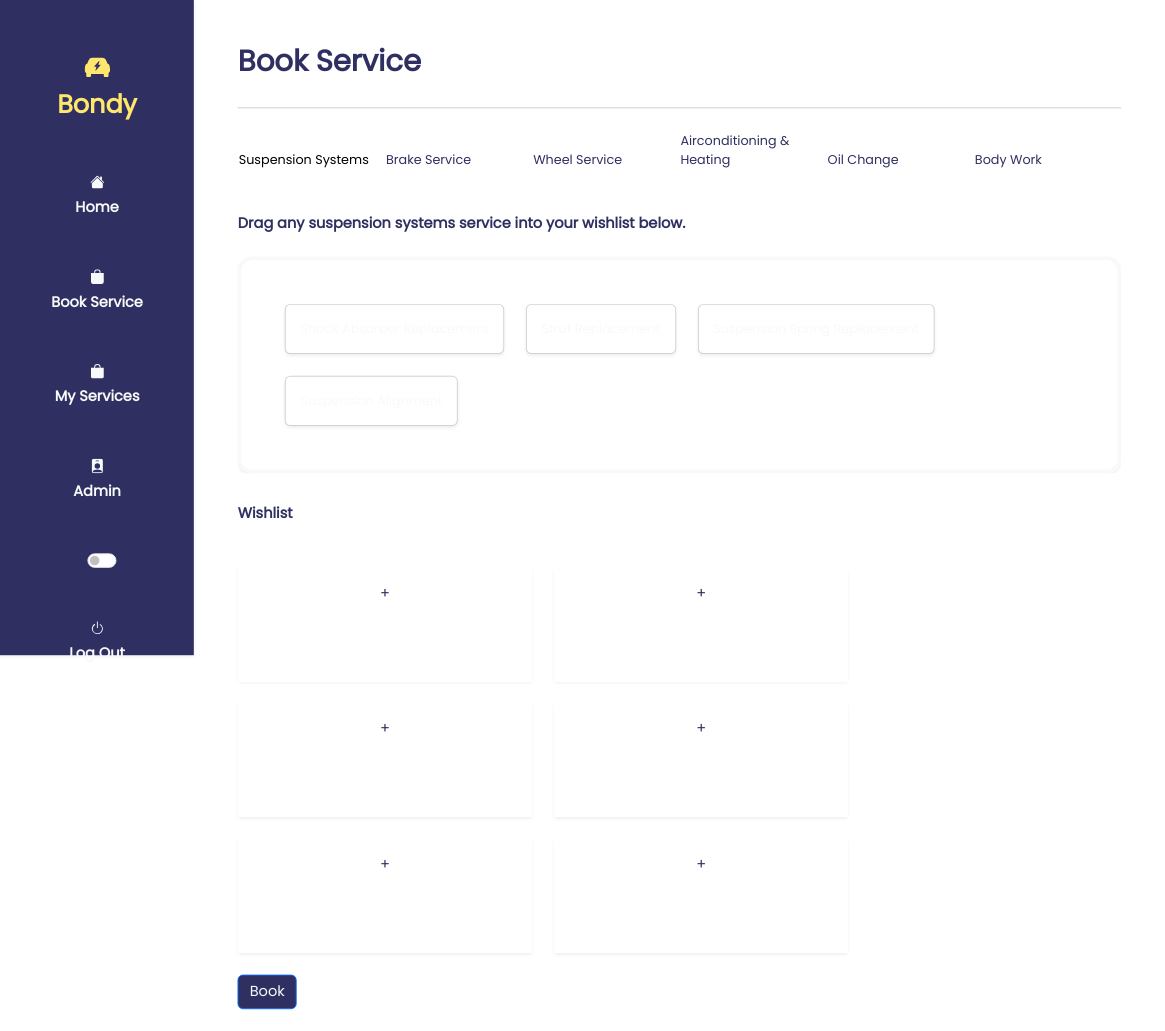
Repository: duzzisantos/bondy
Page: /book-service
These files come from the project's save history. The page is drawn as it stood at one moment and after the next save; the edit follows.
The browser window is 1280 px wide. The pictures show the whole page, at 91% of full size.
Some web libraries are served in a nearby version. The project was rebuilt for these pictures with package versions that can differ from the ones it lists, and the page was loaded fresh each time. Also part of the build but not shown: src/components/Home/LandingPage.scss, src/components/Home/LandingPageScrollContainer.tsx, src/components/Home/TrendingServices.tsx, src/views/LandingPage.tsx, src/components/Services/ServiceTemplate.tsx, src/views/Services.tsx.

Above is the page before, as saved 2023-06-28 23:43:21.

### public/index.html
<!DOCTYPE html>
<html lang="en">
  <head>
    <meta charset="utf-8" />
    <link rel="icon" href="%PUBLIC_URL%/favicon.ico" />
    <meta name="viewport" content="width=device-width, initial-scale=1" />
    <meta name="theme-color" content="#000000" />
    <meta
      name="description"
      content="Web site created using create-react-app"
    />
    <link rel="apple-touch-icon" href="%PUBLIC_URL%/logo192.png" />
    <!-- Option 1: Include in HTML -->
    <link
      rel="stylesheet"
      href="https://cdn.jsdelivr.net/npm/bootstrap-icons@1.3.0/font/bootstrap-icons.css"
    />
    <link rel="preconnect" href="https://fonts.googleapis.com" />
    <link rel="preconnect" href="https://fonts.gstatic.com" crossorigin />
    <!--
      manifest.json provides metadata used when your web app is installed on a
      user's mobile device or desktop. See https://developers.google.com/web/fundamentals/web-app-manifest/
    -->
    <link rel="manifest" href="%PUBLIC_URL%/manifest.json" />
    <!--
      Notice the use of %PUBLIC_URL% in the tags above.
      It will be replaced with the URL of the `public` folder during the build.
      Only files inside the `public` folder can be referenced from the HTML.

      Unlike "/favicon.ico" or "favicon.ico", "%PUBLIC_URL%/favicon.ico" will
      work correctly both with client-side routing and a non-root public URL.
      Learn how to configure a non-root public URL by running `npm run build`.
    -->
    <title>Bondy</title>
  </head>
  <body>
    <noscript>You need to enable JavaScript to run this app.</noscript>
    <div id="root"></div>
    <!--
      This HTML file is a template.
      If you open it directly in the browser, you will see an empty page.

      You can add webfonts, meta tags, or analytics to this file.
      The build step will place the bundled scripts into the <body> tag.

      To begin the development, run `npm start` or `yarn start`.
      To create a production bundle, use `npm run build` or `yarn build`.
    -->
  </body>
</html>

### src/index.js
import React from "react";
import ReactDOM from "react-dom/client";
import "./index.css";
import App from "./App";
import "bootstrap/dist/css/bootstrap.min.css";
import { BrowserRouter as Router } from "react-router-dom";

const root = ReactDOM.createRoot(document.getElementById("root"));
root.render(
  <React.StrictMode>
    <Router>
      <App />
    </Router>
  </React.StrictMode>
);

### src/App.css
@import url("https://fonts.googleapis.com/css2?family=Cabin&family=Montserrat:wght@200&family=Poppins&display=swap");

* {
  font-family: "Poppins", sans-serif;
}
.App {
  text-align: center;
}

.custom-color {
  color: #2f3061 !important;
}

.custom-bg-color {
  background-color: #2f3061 !important;
}

.custom-border {
  border: 1px solid #2f3061;
}

.custom-border-5 {
  border-right-style: solid !important;
  border-right-width: 8px !important;
  border-right-color: #2f3061 !important;
}

.image-height {
  height: fit-content;
  width: fit-content;
}

.chosen-services {
  height: 125px !important;
}

button[role="tab"] {
  border: 1px solid transparent !important;
  color: #2f3061;
  font-size: 14px;
  text-align: start;
  padding: 0;
}

button[role="tab"]:focus {
  text-decoration: underline !important;
  text-decoration-color: #ffe66d !important;
  text-decoration-thickness: 5px !important;
  text-underline-offset: 10px !important;
}

button[role="tab"]:hover {
  color: #2f3061;
}

### src/components/Navigation/SideBar.tsx
import React, { FunctionComponent, useState } from "react";
import "react-bootstrap";
import "../../App.css";
import "./Navigation.scss";
import { Link } from "react-router-dom";
import {
  HouseFill,
  BagFill,
  PersonBadgeFill,
  Power,
  EvFrontFill,
  // MenuButtonWideFill,
  SunFill,
  MoonFill,
} from "react-bootstrap-icons";

const SideBar: FunctionComponent = () => {
  //Refactor this
  const [hoverHome, setHoverHome] = useState(false);
  const [hoverMyServices, setHoverMyServices] = useState(false);
  const [hoverBookService, setHoverBookService] = useState(false);
  const [hoverAdmin, setHoverAdmin] = useState(false);
  const [hoverLogout, setHoverLogout] = useState(false);

  const commonLinkClasses = `d-flex flex-column justify-content-center align-items-center p-1 gap-2 brand-icon-color
   text-decoration-none fw-bold`;

  return (
    <div className="col-2 vh-100 custom-bg-color shadow-sm p-5 text-light d-flex flex-column vstack gap-5 sidebar-fixed">
      <Link to={"/"} className={commonLinkClasses + " fs-3"}>
        <span>
          <EvFrontFill className="brand-icon-color" /> Bondy
        </span>
      </Link>
      <Link
        to={"/home"}
        id="home"
        className={`d-flex flex-column justify-content-center align-items-center p-1 gap-2 text-decoration-none fw-bold ${
          hoverHome ? "brand-icon-color" : "text-light"
        }`}
        onMouseEnter={() => setHoverHome(true)}
        onMouseLeave={() => setHoverHome(false)}
        title="Home"
      >
        <HouseFill />
        Home
      </Link>

      <Link
        to={"/book-service"}
        id="book-service"
        className={`d-flex flex-column justify-content-center align-items-center p-1 gap-2 text-decoration-none fw-bold ${
          hoverBookService ? "brand-icon-color" : "text-light"
        }`}
        onMouseEnter={() => setHoverBookService(true)}
        onMouseLeave={() => setHoverBookService(false)}
        title="Book Service"
      >
        <BagFill />
        Book Service
      </Link>

      <Link
        to={"/book-service"}
        id="book-service"
        className={`d-flex flex-column justify-content-center align-items-center p-1 gap-2 text-decoration-none fw-bold ${
          hoverMyServices ? "brand-icon-color" : "text-light"
        }`}
        onMouseEnter={() => setHoverMyServices(true)}
        onMouseLeave={() => setHoverMyServices(false)}
        title="Book Service"
      >
        <BagFill />
        My Services
      </Link>

      <Link
        to={"/admin"}
        id="admin"
        className={`d-flex flex-column justify-content-center align-items-center p-1 gap-2 text-decoration-none fw-bold ${
          hoverAdmin ? "brand-icon-color" : "text-light"
        }`}
        onMouseEnter={() => setHoverAdmin(true)}
        onMouseLeave={() => setHoverAdmin(false)}
        title="Admin"
      >
        <PersonBadgeFill />
        Admin
      </Link>

      <div className="form-check form-switch px-5 d-flex flex-row flex-nowrap">
        <SunFill className="mx-auto mt-1" />
        <input
          className="form-check-input mx-auto"
          type="checkbox"
          role="switch"
          id="flexSwitchCheckChecked"
          title="Switch display mode"
        />
        <MoonFill className="mx-auto mt-1" />
      </div>

      <Link
        to={"/logout"}
        id="logout"
        className={`d-flex flex-column justify-content-center align-items-center p-1 gap-2 text-decoration-none fw-bold ${
          hoverLogout ? "brand-icon-color" : "text-light"
        }`}
        onMouseEnter={() => setHoverLogout(true)}
        onMouseLeave={() => setHoverLogout(false)}
        title="Logout"
      >
        <Power />
        Log Out
      </Link>
    </div>
  );
};

export default SideBar;

### src/views/BookService.tsx
import React, { FunctionComponent } from "react";

import { Tabs, Tab, Card } from "react-bootstrap";
import BookingForm from "src/components/Services/BookingForm";
import DragDropTarget from "src/components/Services/DragDropTarget";
import { mockServiceData } from "src/data/mockData";
import useBookService from "src/hooks/useBookService";
const BookService: FunctionComponent = () => {
  const handleDragStart = (event: any) => {
    event.dataTransfer.setData("Text", event.target.id);
  };

  const handleDragOver = (event: any) => {
    event.preventDefault();
  };

  const handleDrop = (event: any) => {
    event.preventDefault();
    const data = event.dataTransfer.getData("Text");
    console.log(data);
    event.target.appendChild(document.getElementById(data));
  };

  //call custom hook

  const {
    wishListOne,
    wishListTwo,
    wishListThree,
    wishListFour,
    wishListFive,
    wishListSix,
    changeOne,
    changeTwo,
    changeThree,
    changeFour,
    changeFive,
    changeSix,
  } = useBookService("");

  return (
    <div className="col-10 px-5 pt-5 py-5 ms-auto vh-100 vstack gap-2 d-flex flex-column custom-color">
      <h2 className="text-start fw-bold">Book Service</h2>
      <hr />
      <div className="vstack gap-5">
        <Tabs justify className={`fs-6 border-0 align-items-end`}>
          {mockServiceData.map((element, index) => (
            <Tab
              key={index}
              eventKey={`${element.category}`}
              title={element.category}
              className={`border-0 text-start overflow-x-auto`}
            >
              <span>
                <strong>
                  Drag any {element.category.toLowerCase()} service into your
                  wishlist below.
                </strong>
              </span>
              <div
                className="d-flex flex-row flex-wrap hstack gap-4 py-5 px-5 mt-4 border border-4 border-light shadow-sm rounded-4"
                id="drop-target"
                onDrop={handleDrop}
                onDragOver={handleDragOver}
              >
                {Object.values(element.images).map((item, i) => (
                  <Card
                    key={i}
                    className="p-3 shadow-sm text-light draggable-cards"
                    draggable="true"
                    id={item.serviceName + "drag-target"}
                    onDragStart={handleDragStart}
                  >
                    <small>{item.serviceName}</small>
                  </Card>
                ))}
              </div>
            </Tab>
          ))}
        </Tabs>
      </div>
      <div className="text-start py-4">
        <span>
          <strong>Wishlist</strong>
        </span>
        <div className="hstack gap-4 mt-4 py-4 d-flex flex-row flex-wrap">
          {[1, 2, 3, 4, 5, 6].map((element) => (
            <DragDropTarget
              key={element}
              uniqueID={`drop-target-${element}`}
              children={"+"}
              handleDrop={handleDrop}
              handleDragOver={handleDragOver}
            />
          ))}
        </div>
        <>
          <BookingForm
            wishListOne={wishListOne}
            wishListTwo={wishListTwo}
            wishListThree={wishListThree}
            wishListFour={wishListFour}
            wishListFive={wishListFive}
            wishListSix={wishListSix}
            setWishlistOne={changeOne}
            setWishListTwo={changeTwo}
            setWishListThree={changeThree}
            setWishListFour={changeFour}
            setWishListFive={changeFive}
            setWishListSix={changeSix}
            handleSubmit={() => console.log("does this work??")}
          />
        </>
      </div>
    </div>
  );
};

export default BookService;

### src/components/Navigation/Navigation.scss
.brand-icon-color {
  color: #ffe66d !important;
}

.sidebar-fixed {
  position: fixed !important;
}

### src/components/Home/landingPageContent.tsx
import React from "react";
import {
  Gear,
  GearWideConnected,
  WrenchAdjustableCircleFill,
  Fan,
  DropletHalf,
  CarFrontFill,
} from "react-bootstrap-icons";
export const servicesList = [
  {
    id: 1,
    category: "Suspension Systems",
    icon: <Gear />,
  },
  {
    id: 2,
    category: "Brake Service",
    icon: <GearWideConnected />,
  },
  {
    id: 3,
    category: "Wheel Service",
    icon: <WrenchAdjustableCircleFill />,
  },
  {
    id: 4,
    category: "Airconditioning & Heating",
    icon: <Fan />,
  },
  {
    id: 5,
    category: "Oil Change",
    icon: <DropletHalf />,
  },
  {
    id: 6,
    category: "Body Work",
    icon: <CarFrontFill />,
  },
];

### src/data/mockData.ts
type Mockdata = {
  category: string;
  description: string;
  contactPerson: any;
  images: any[];
};

export const mockServiceData: Mockdata[] = [
  {
    category: "Suspension Systems",
    description:
      "Improve your vehicle's stability and handling with our professional suspension system services. Our skilled technicians will ensure your suspension is properly tuned and aligned, providing you with a smooth and comfortable ride on any road. Contact us today to schedule an appointment!",
    contactPerson: {
      name: "John Doe",
      email: "john.doe@bondy-shop.net",
      fax: "0099887766",
    },
    images: [
      {
        link: "data:[embedded picture, 15335 characters]",
        serviceName: "Shock Absorber Replacement",
      },
      {
        link: "data:[embedded picture, 11971 characters]",
        serviceName: "Strut Replacement",
      },
      {
        link: "data:[embedded picture, 14759 characters]",
        serviceName: "Suspension Spring Replacement",
      },
      {
        link: "data:[embedded picture, 14759 characters]",
        serviceName: "Suspension Alignment",
      },
    ],
  },
  {
    category: "Brake Service",
    description:
      "Ensure your safety on the road by maintaining reliable brakes. Our experienced mechanics offer comprehensive brake services, including inspections, repairs, and replacements. Don't compromise on braking performance. Reach out to our team today!",
    contactPerson: {
      name: "John Appleseed",
      email: "john.appleseed@bondy-shop.net",
      fax: "0099887766",
    },
    images: [
      {
        link: "data:[embedded picture, 9691 characters]",
        serviceName: "Brake Pad Replacement",
      },
      {
        link: "https://encrypted-tbn0.gstatic.com/images?q=tbn:ANd9GcT0gPAwpGIxBheY71yRWmmRxI0R_JWL3elfJA&usqp=CAU",
        serviceName: "Brake Caliper Replacement",
      },
      {
        link: "https://encrypted-tbn0.gstatic.com/images?q=tbn:ANd9GcQpTpLkB-wcm8bVOOCUjNWxcLhslEygc0F4SQ&usqp=CAU",
        serviceName: "Brake Rotor Resurfacing",
      },
      {
        link: "https://encrypted-tbn0.gstatic.com/images?q=tbn:ANd9GcS7B5752ThTWUqTD9ojL736W_MmtrOqJzZigjK2ykyVyIdXmxxuG062OSKb21H3PUIszcE&usqp=CAU",
        serviceName: "Brake Fluid Flush",
      },
    ],
  },
  {
    category: "Wheel Service",
    description:
      "Experience improved handling and extended tire life with our professional wheel services. From wheel alignment to tire rotation, our technicians will ensure your wheels are in optimal condition. Get in touch with us now for top-notch wheel service!",
    contactPerson: {
      name: "Tracy Wallis",
      email: "tracy.wallis@bondy-shop.net",
      fax: "0099882266",
    },
    images: [
      {
        link: "data:[embedded picture, 12847 characters]",
        serviceName: "Wheel Balancing",
      },
      {
        link: "data:[embedded picture, 9703 characters]",
        serviceName: "Wheel Alignment",
      },
      {
        link: "https://encrypted-tbn0.gstatic.com/images?q=tbn:ANd9GcQaWgpKXJWWJMNxyWTHBldc0A2McFDZTZiD_A&usqp=CAU",
        serviceName: "Tire Rotation",
      },
      {
        link: "data:[embedded picture, 11635 characters]",
        serviceName: "Tire Replacement",
      },
    ],
  },
  {
    category: "Airconditioning & Heating",
    description:
      "Stay comfortable in any weather with our reliable A/C and heating services. Whether it's repairing your air conditioning system or ensuring your heating is working efficiently, our experts have you covered. Contact us today and enjoy a pleasant driving experience!",
    contactPerson: {
      name: "Ekene Olisa",
      email: "ekene.olisa@bondy-shop.net",
      fax: "0099882266",
    },
    images: [
      {
        link: "https://encrypted-tbn0.gstatic.com/images?q=tbn:ANd9GcR3qT08rB2rXOjC3oQ20Ntryrq4xjUyRf3FObIcIRwS_n3qZnJbinZqUyQbtRkV0gXKPyc&usqp=CAU",
        serviceName: "Climate Control Repair",
      },
      {
        link: "data:[embedded picture, 11699 characters]",
        serviceName: "Air Conditioning Inspection",
      },
      {
        link: "https://encrypted-tbn0.gstatic.com/images?q=tbn:ANd9GcQLC1pgYQxu5VTfpPUt2QFXQGFb8zRuRp2LR4Bxb00g63Ke3Jwc4KSCI-0iVZf4_k_n9Dc&usqp=CAU",
        serviceName: "A/C System Recharge",
      },
      {
        link: "https://encrypted-tbn0.gstatic.com/images?q=tbn:ANd9GcRNjd4HJj0lEOeZu-f3T8s1ry-KS_1rUosgTA&usqp=CAU",
        serviceName: "Heater Core Replacement",
      },
    ],
  },
  {
    category: "Oil Change",
    description:
      "Maintain your engine's performance with our quick and efficient oil change service. Our skilled technicians will replace your old oil with high-quality lubricants, ensuring optimal engine function. Don't neglect this essential maintenance task. Visit us today!",
    contactPerson: {
      name: "Obinna Duru",
      email: "obinna.duru@bondy-shop.net",
      fax: "0099882266",
    },
    images: [
      {
        link: "data:[embedded picture, 11747 characters]",

        serviceName: "Regular Oil Change",
      },
      {
        link: "https://encrypted-tbn0.gstatic.com/images?q=tbn:ANd9GcTwVtYiu9dIxaeqwPnZTnIPSYLYPtnAoV7nEg&usqp=CAU",
        serviceName: "Synthetic Oil Change",
      },
      {
        link: "https://encrypted-tbn0.gstatic.com/images?q=tbn:ANd9GcR6bklbDJEUkqi58MQCfsBcIx8dWo8wNezHMg&usqp=CAU",
        serviceName: "Oil Filter Replacement",
      },
      {
        link: "https://encrypted-tbn0.gstatic.com/images?q=tbn:ANd9GcTQFEl0Sa_h9Yl5KELgGxtqDLDgbaS3F-UlYg&usqp=CAU",
        serviceName: "Fluid Check and Top-Up",
      },
    ],
  },
  {
    category: "Body Work",
    description:
      "Restore your vehicle's appearance to its former glory with our top-notch body repair services. From minor dents to major collision repairs, our expert technicians will skillfully restore your vehicle. Trust us to deliver exceptional results. Contact us for a consultation!",
    contactPerson: {
      name: "Emily Okafor",
      email: "emily.okafor@bondy-shop.net",
      fax: "0099882266",
    },
    images: [
      {
        link: "data:[embedded picture, 12547 characters]",
        serviceName: "Dent Repair",
      },
      {
        link: "data:[embedded picture, 10815 characters]",
        serviceName: "Collision Repair",
      },
      {
        link: "data:[embedded picture, 11667 characters]",
        serviceName: "Painting",
      },
      {
        link: "data:[embedded picture, 10083 characters]",
        serviceName: "Panel Replacement",
      },
    ],
  },
];

### src/components/Services/BookingForm.tsx
import React, { FunctionComponent } from "react";

import { Button, Form, FormControl } from "react-bootstrap";

interface FormValues {
  wishListOne: string;
  wishListTwo: string;
  wishListThree: string;
  wishListFour: string;
  wishListFive: string;
  wishListSix: string;
  setWishlistOne: any;
  setWishListTwo: any;
  setWishListThree: any;
  setWishListFour: any;
  setWishListFive: any;
  setWishListSix: any;
  handleSubmit: any;
}
const BookingForm: FunctionComponent<FormValues> = ({
  wishListFive,
  wishListFour,
  wishListOne,
  wishListSix,
  wishListThree,
  wishListTwo,
  setWishListFive,
  setWishListFour,
  setWishListSix,
  setWishListThree,
  setWishListTwo,
  setWishlistOne,
  handleSubmit,
}) => {
  return (
    <Form>
      <div className="d-none">
        <FormControl
          name={wishListOne}
          id={wishListOne}
          value={wishListOne}
          onChange={(e: any) => setWishlistOne(e.target.value)}
          onSubmit={handleSubmit}
        />
        <FormControl
          name={wishListTwo}
          id={wishListTwo}
          value={wishListTwo}
          onChange={(e: any) => setWishListTwo(e.target.value)}
        />
        <FormControl
          name={wishListThree}
          id={wishListThree}
          value={wishListThree}
          onChange={(e: any) => setWishListThree(e.target.value)}
        />
        <FormControl
          name={wishListFour}
          id={wishListFour}
          value={wishListFour}
          onChange={(e: any) => setWishListFour(e.target.value)}
        />
        <FormControl
          name={wishListFive}
          id={wishListFive}
          value={wishListFive}
          onChange={(e: any) => setWishListFive(e.target.value)}
        />
        <FormControl
          name={wishListSix}
          id={wishListSix}
          value={wishListSix}
          onChange={(e: any) => setWishListSix(e.target.value)}
        />
      </div>
      <Button type="submit" className="main-button text-light">
        Book
      </Button>
    </Form>
  );
};

export default BookingForm;

### src/components/Services/DragDropTarget.tsx
import React, { FunctionComponent } from "react";

interface Props {
  uniqueID: string;
  handleDrop: any;
  handleDragOver: any;
  children: any;
}

const DragDropTarget: FunctionComponent<Props> = ({
  children,
  uniqueID,
  handleDrop,
  handleDragOver,
}) => {
  return (
    <div
      className="p-3 col-md-4 chosen-services shadow-sm text-center"
      id={uniqueID}
      onDrop={handleDrop}
      onDragOver={handleDragOver}
    >
      {children}
    </div>
  );
};

export default DragDropTarget;

### src/hooks/useBookService.ts
import { useState } from "react";

const useBookService = (init: string) => {
  const [wishListOne, setWishListOne] = useState(init);
  const [wishListTwo, setWishListTwo] = useState(init);
  const [wishListThree, setWishListThree] = useState(init);
  const [wishListFour, setWishListFour] = useState(init);
  const [wishListFive, setWishListFive] = useState(init);
  const [wishListSix, setWishListSix] = useState(init);

  const changeOne = (e: any) => {
    setWishListOne(e.target.value);
  };

  const changeTwo = (e: any) => {
    setWishListTwo(e.target.value);
  };

  const changeThree = (e: any) => {
    setWishListThree(e.target.value);
  };

  const changeFour = (e: any) => {
    setWishListFour(e.target.value);
  };

  const changeFive = (e: any) => {
    setWishListFive(e.target.value);
  };

  const changeSix = (e: any) => {
    setWishListSix(e.target.value);
  };

  return {
    wishListFive,
    wishListFour,
    wishListSix,
    wishListThree,
    wishListTwo,
    wishListOne,
    changeFive,
    changeFour,
    changeSix,
    changeThree,
    changeTwo,
    changeOne,
  };
};

export default useBookService;

### src/components/Services/Services.scss
.small-font {
  font-size: 10px !important;
}

.main-button {
  background-color: #2f3061 !important;
  color: #ffe66d !important;
}

Loaded but not shown: src/index.css (common file); src/App.js (24 lines, source omitted)

After the next save:
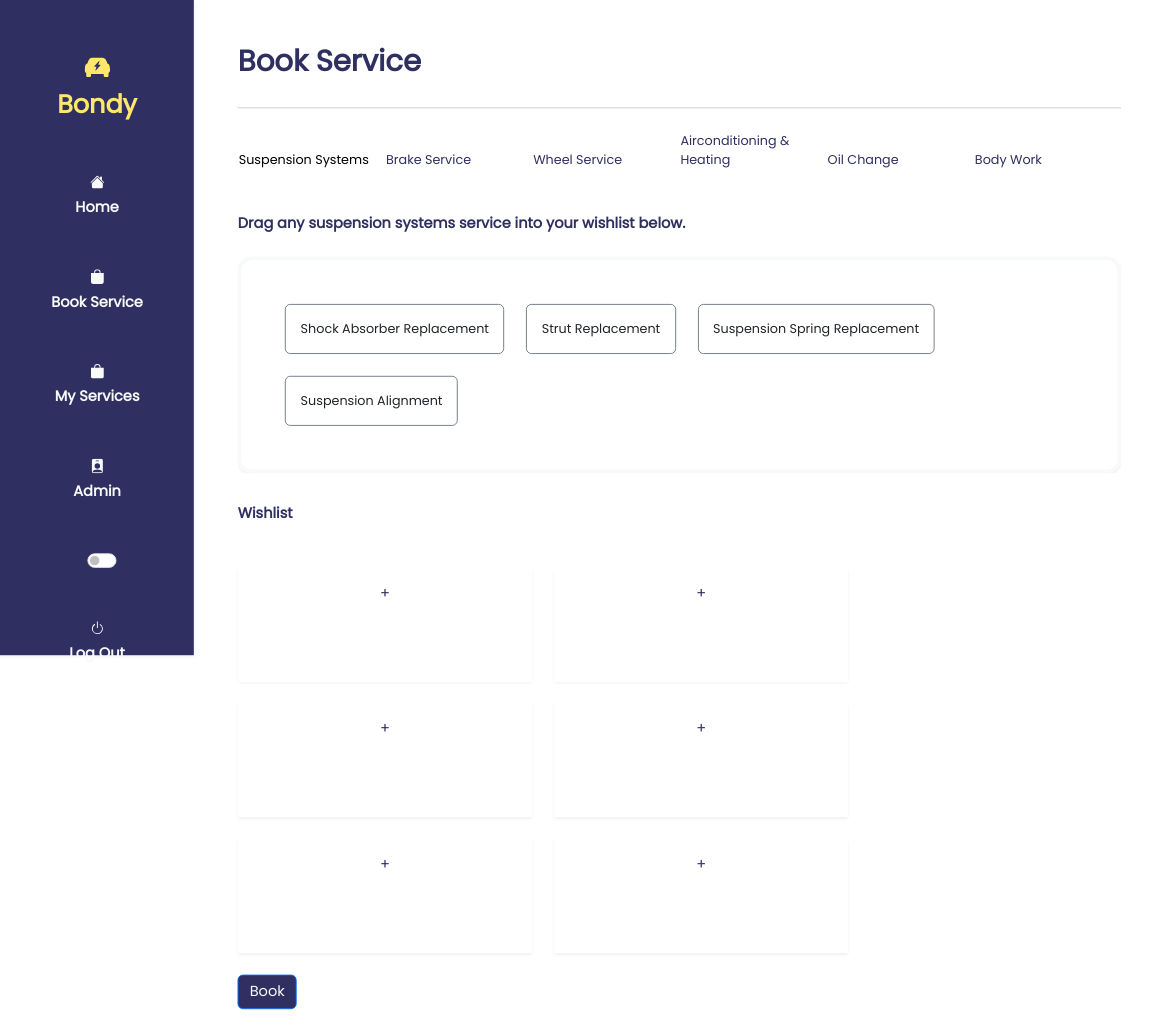
Saved 35 s later.
--- a/src/views/BookService.tsx
+++ b/src/views/BookService.tsx
@@ -66,7 +66,7 @@ const BookService: FunctionComponent = () => {
                 {Object.values(element.images).map((item, i) => (
                   <Card
                     key={i}
-                    className="p-3 shadow-sm text-light draggable-cards"
+                    className="p-3 bg-transparent border border-secondary draggable-cards"
                     draggable="true"
                     id={item.serviceName + "drag-target"}
                     onDragStart={handleDragStart}
